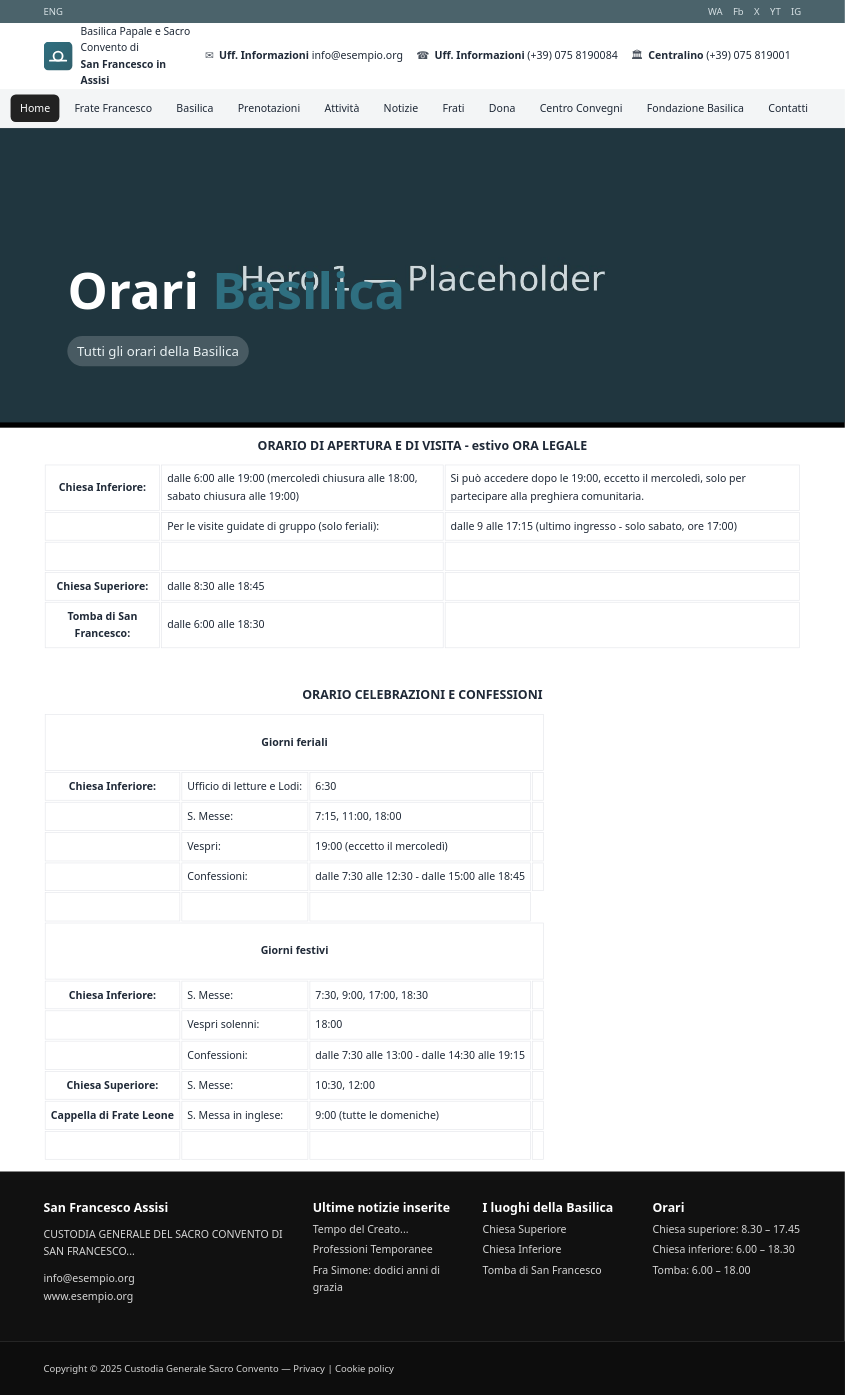
Repository: leacappello/basilica-platform-project
Page: pages/orari.html
These files come from the project's save history. The page is drawn as it stood at one moment and after the next save; the edit follows.
The browser window is 1280 px wide. The pictures show the whole page, at 66% of full size.

Above is the page before, as saved 2025-09-15 11:59:11.
Console error (its wording comes from the project's code and is left out).

After the next save:
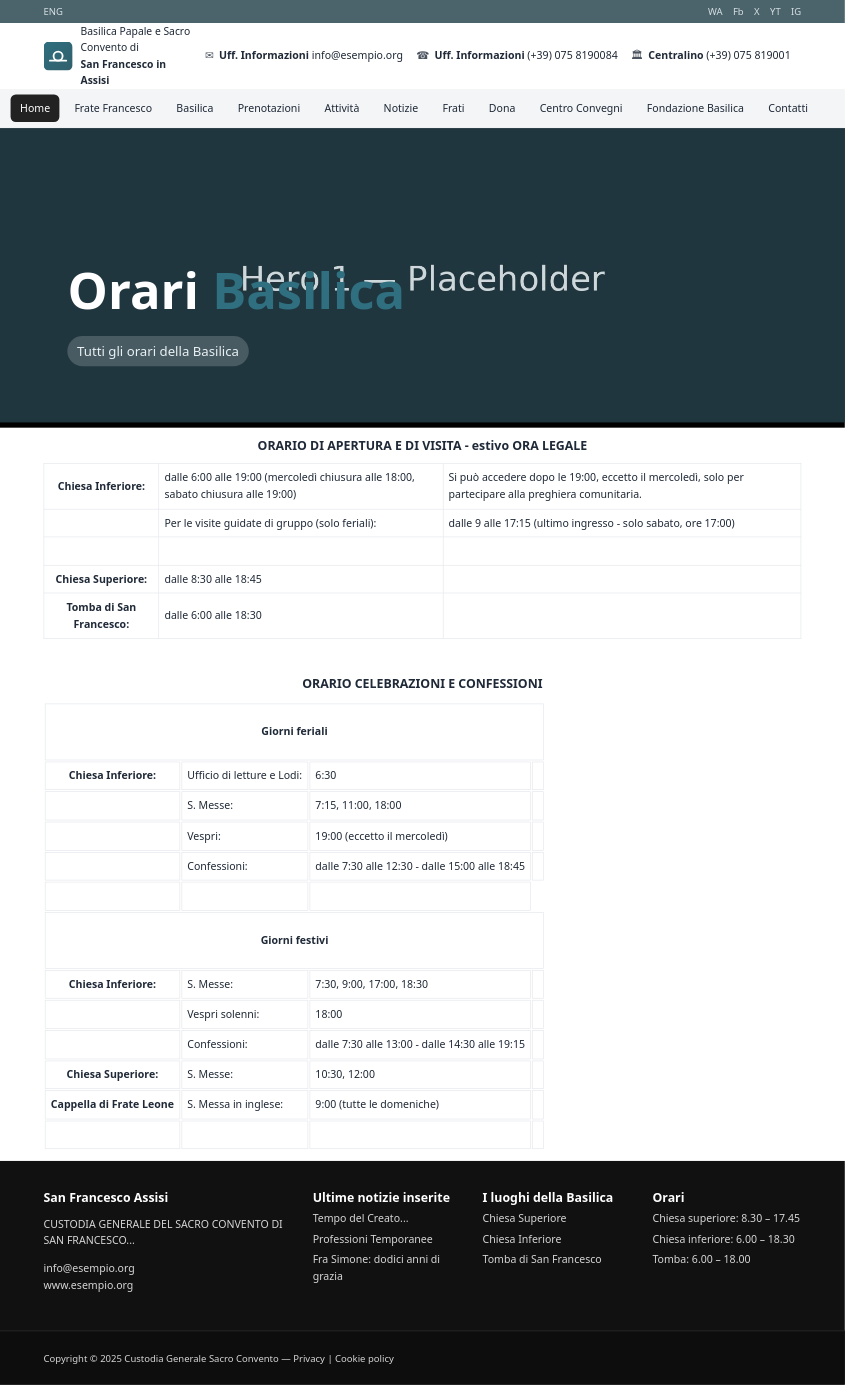
Saved 6 s later.
--- a/assets/styles.css
+++ b/assets/styles.css
@@ -212,7 +212,7 @@ a:hover{text-decoration:underline}
 .no-js .nav{display:block}
 
 /* ============== Tabella Orari ============== */
-table .orari{
+.orari{
   width:100%;
   border-collapse:collapse
 }
